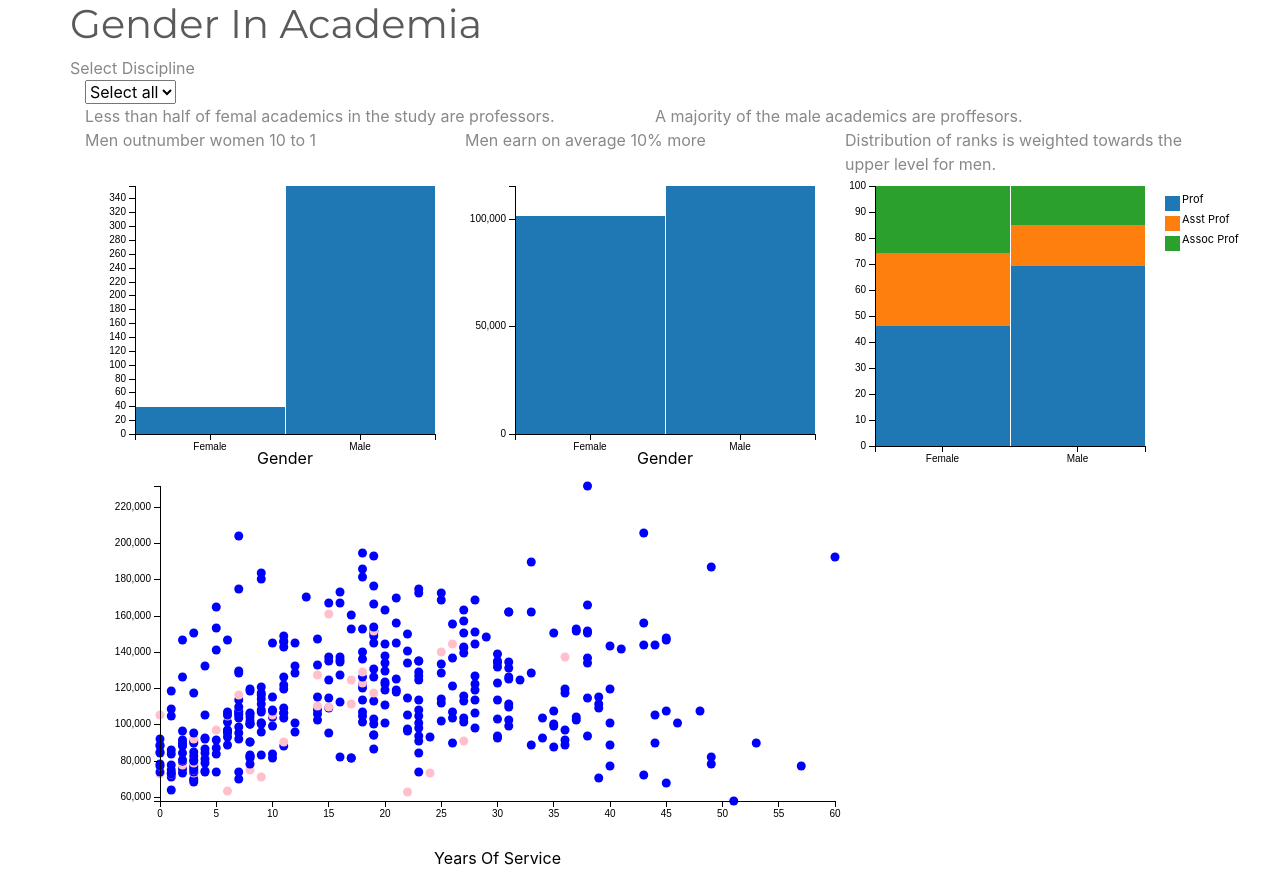
Repository: luke0han/dashboard-project
Page: index.html
The author's editor kept a record of every edit. The page is drawn from the files as they stood at one moment, then again after the next edit.
The browser window is 1280 px wide. The pictures show the whole page.

Above is the page before.

After the next edit:
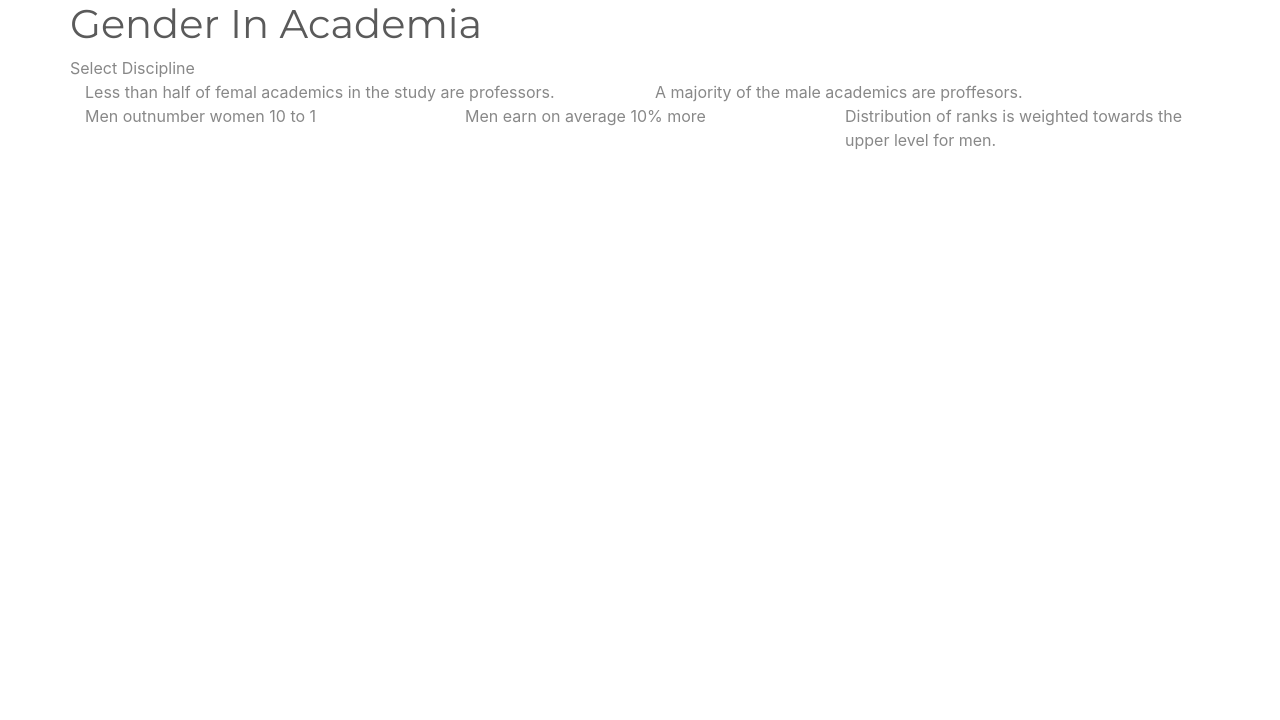
Console error: ReferenceError: show_phd_to_salary_correlation is not defined
The edit:
--- a/static/js/graph.js
+++ b/static/js/graph.js
@@ -14,7 +14,7 @@
     show_gender_balance(ndx);
     show_average_salary(ndx);
     show_rank_distribution(ndx);
-
+    show_phd_to_salary_correlation(ndx);
     show_service_to_salary_correlation(ndx);
 
     dc.renderAll();

After the 3 edits that followed:
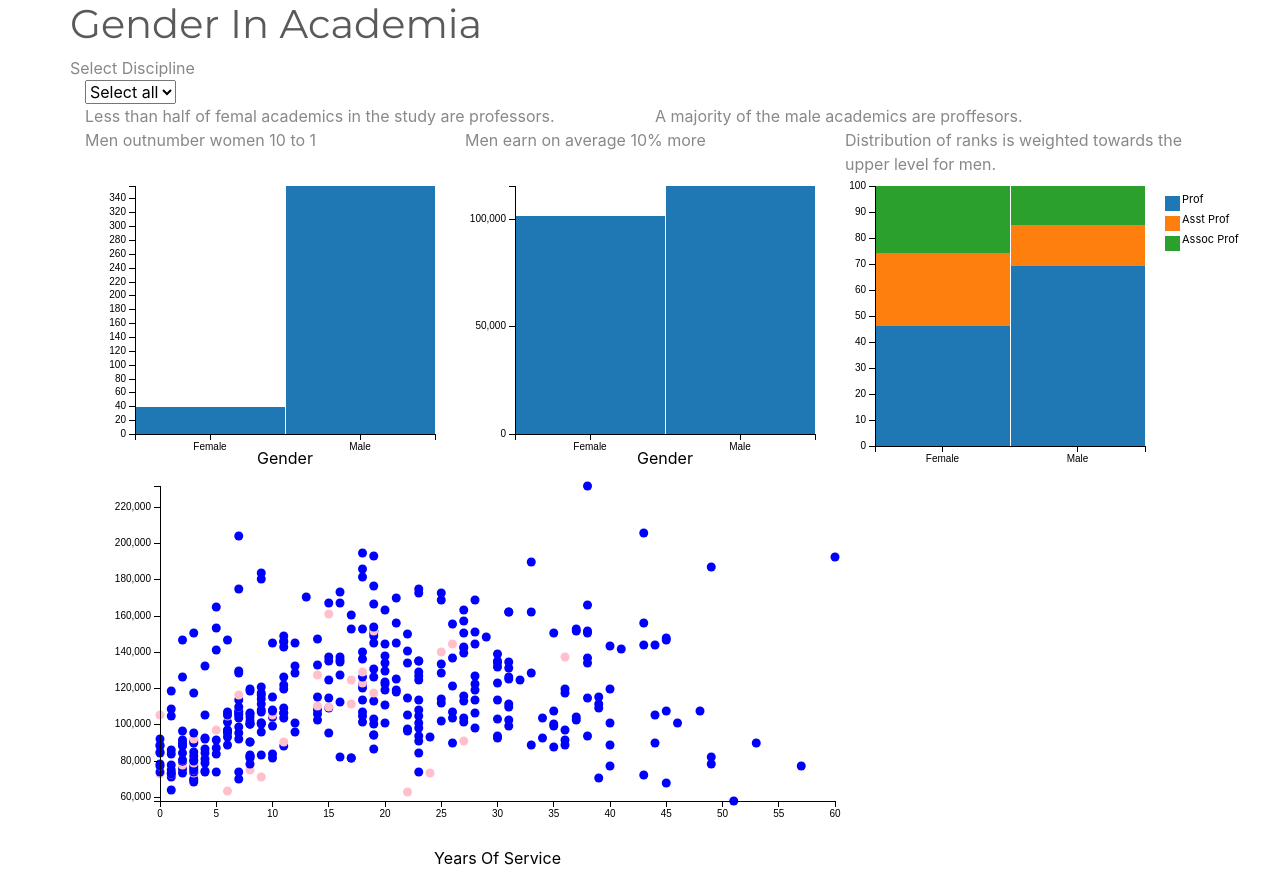
The error is gone.
The 3 edits are shown as one change because 2 left the picture as it was.
The edit:
--- a/static/js/graph.js
+++ b/static/js/graph.js
@@ -7,10 +7,15 @@
 
     salaryData.forEach(function(d){
         d.salary = parseInt(d.salary);
+        d.yrs_since_phd = parseInt(d["yrs.service.phd"]);
         d.yrs_service = parseInt(d["yrs.service"]);
     })
 
     show_discipline_selector(ndx);
+
+    show_percent_that_are_professors(ndx, "Female", "#percentage-of-women-prefessors");
+    show_percent_that_are_professors(ndx, "Male", "#percentage-of-men-prefessors");
+
     show_gender_balance(ndx);
     show_average_salary(ndx);
     show_rank_distribution(ndx);
@@ -214,3 +219,38 @@
         .group(experienceSalaryGroup)
         .margins({top: 10, right: 50, bottom: 75, left: 75});
 }
+
+function show_phd_to_salary_correlation(ndx) {
+
+    var genderColors = d3.scale.ordinal()
+        .domain(["Female", "Male"])
+        .range(["pink", "blue"]);
+
+    var yrsDim = ndx.dimension(dc.pluck("yrs_service"));
+    var experienceDim = ndx.dimension(function(d) {
+       return [d.yrs_service, d.salary, d.rank, d.sex];
+    });
+    var experienceSalaryGroup = experienceDim.group();
+
+    var minExperience = yrsDim.bottom(1)[0].yrs_service;
+    var maxExperience = yrsDim.top(1)[0].yrs_service;
+
+    dc.scatterPlot("#service-salary")
+        .width(800)
+        .height(400)
+        .x(d3.scale.linear().domain([minExperience, maxExperience]))
+        .brushOn(false)
+        .symbolSize(8)
+        .clipPadding(10)
+        .xAxisLabel("Years Of Service")
+        .title(function(d) {
+            return d.key[2] + " earned " + d.key[1];
+        })
+        .colorAccessor(function (d) {
+            return d.key[3];
+        })
+        .colors(genderColors)
+        .dimension(experienceDim)
+        .group(experienceSalaryGroup)
+        .margins({top: 10, right: 50, bottom: 75, left: 75});
+}
